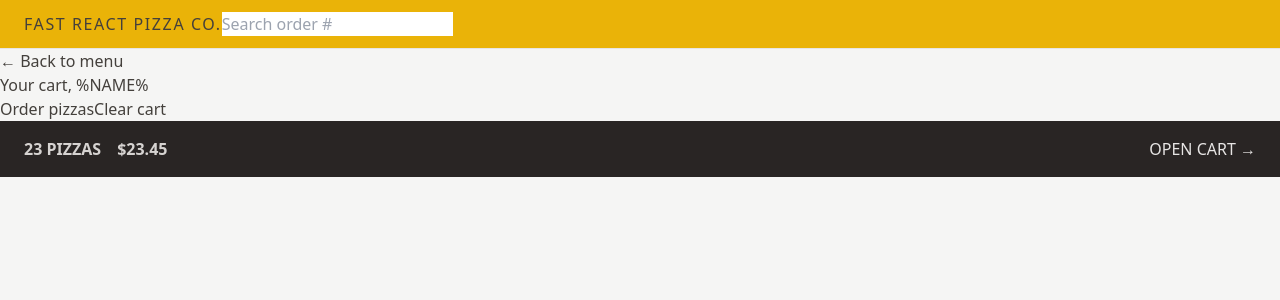
Repository: masamichan/pizza-vite
Page: /cart
An editor plug-in stored every save of this project. The page is shown before and after the next save, followed by the edit.
The browser window is 1280 px wide. The pictures show the whole page.
The project was rebuilt for these pictures with package versions that can differ from the ones it lists, and the page was loaded fresh each time. Also part of the build but not shown: vite.config.js, src/ui/Home.jsx, src/services/apiRestaurant.js, src/utils/helpers.js, src/features/menu/MenuItem.jsx, src/features/menu/Menu.jsx, src/features/order/CreateOrder.jsx, src/features/order/Order.jsx and 2 more. Imported but missing from the stored project, and not drawn on this page: src/features/user/CreateUser.

Above is the page before, as saved 2023-12-22 10:25:11.

### src/App.jsx
import { RouterProvider, createBrowserRouter } from "react-router-dom"
import Home from './ui/Home'
import Menu, {loader as menuLoader} from './features/menu/Menu';
import Cart from './features/cart/Cart';
import CreateOrder, {action as createOrderAction} from './features/order/CreateOrder';
import Order, {loader as orderLoader} from "./features/order/Order"
import AppLayout from "./ui/AppLayout";
import Error from "./ui/Error"

const router = createBrowserRouter([
  {
    element: <AppLayout />,
    errorElement: <Error />,
    children: [
  { path: "/", element: <Home/>},
  { path: "/menu", element: <Menu />, loader: menuLoader, errorElement: <Error />},
  {path: "/cart",element: <Cart />},
  {path: "/order/new",element: <CreateOrder />, action: createOrderAction},
  {path: "/order/:orderId", element: <Order />, loader: orderLoader, errorElement: <Error />}
    ],
  },
])




function App() {
  return <RouterProvider router={router} />
}

export default App

### src/ui/AppLayout.jsx
import Header from "./Header"
import Loader from './Loader'
import { Outlet, useNavigation } from "react-router-dom"
import CartOverview from "../features/cart/CartOverview"


function AppLayout() {
  const navigation = useNavigation()
  const isLoading = navigation.state === "loading"
  return (
    <div className="layout">
    {isLoading && <Loader />}

    <Header />
    <main>
      <Outlet />
    </main>
    <CartOverview/>
    </div>
  )
}

export default AppLayout

### src/ui/Header.jsx
import { Link } from 'react-router-dom';
import SearchOrder from '../features/order/SearchOrder';
import UserName from '../features/user/UserName';

function Header() {
  return (
    <header className="flex items-center border-b border-stone-200 bg-yellow-500 px-4 py-3 uppercase sm:px-6">
      <Link to="/" className="tracking-widest">
        Fast React Pizza Co.
      </Link>
      <SearchOrder />
      <UserName />
    </header>
  );
}

export default Header;

### src/features/cart/CartOverview.jsx
import { Link } from 'react-router-dom';

function CartOverview() {
  return (
    <div className="flex items-center justify-between bg-stone-800 px-4 py-4 text-sm uppercase text-stone-200 sm:px-6 md:text-base">
      <p className="sm-space-x-6 space-x-4 font-semibold text-stone-300">
        <span>23 pizzas</span>
        <span>$23.45</span>
      </p>
      <Link to="/cart">Open cart &rarr;</Link>
    </div>
  );
}

export default CartOverview;

### src/features/order/SearchOrder.jsx
import { useState } from "react"
import { useNavigate } from "react-router-dom";

function SearchOrder() {

  const[query, setQuery] = useState('')
  const navigate = useNavigate()

  function handleSubmit(e) {
    e.preventDefault();
    if(!query) return;
    navigate(`/order/${query}`)
    setQuery("");
  }

  return (
    <form onSubmit={handleSubmit}>
      <input
      placeholder="Search order #"
      value={query}
      onChange={(e) => setQuery(e.target.value)}
      />
    </form>
  )
}

export default SearchOrder

### src/features/user/UserName.jsx

function UserName() {
  return (
    <div className="text-sm hidden font-semibold">Masami</div>
  )
}

export default UserName

Loaded but not shown: index.html (common file); src/main.jsx (common file); src/index.css (common file); src/features/cart/Cart.jsx (common file); tailwind.config.js (common file)

After the next save:
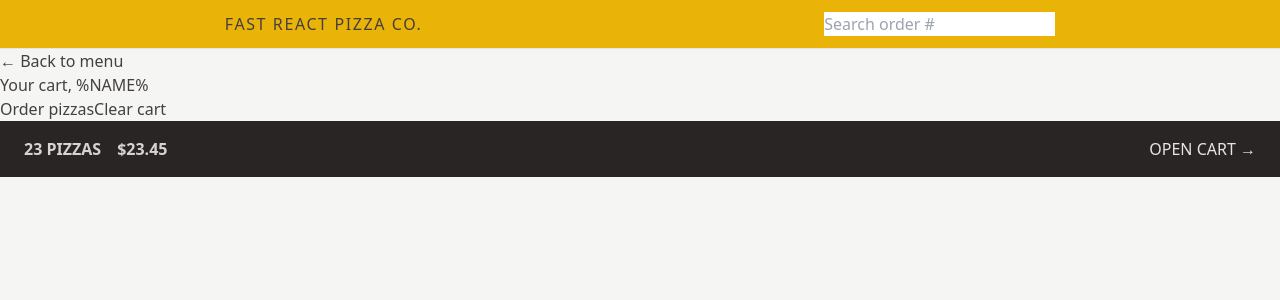
Saved 20 s later.
--- a/src/ui/Header.jsx
+++ b/src/ui/Header.jsx
@@ -4,7 +4,7 @@ import UserName from '../features/user/UserName';
 
 function Header() {
   return (
-    <header className="flex items-center border-b border-stone-200 bg-yellow-500 px-4 py-3 uppercase sm:px-6">
+    <header className="flex items-center justify-around border-b border-stone-200 bg-yellow-500 px-4 py-3 uppercase sm:px-6">
       <Link to="/" className="tracking-widest">
         Fast React Pizza Co.
       </Link>
